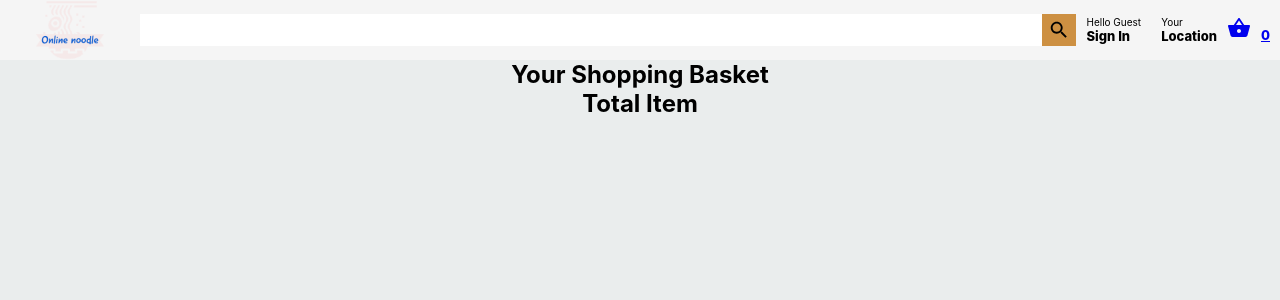
Repository: treenoise09/Noodleonline
Page: /checkout
These files come from the project's save history. The page is drawn as it stood at one moment and after the next save; the edit follows.
The browser window is 1280 px wide. The pictures show the whole page.
The project was rebuilt for these pictures with package versions that can differ from the ones it lists, and the page was loaded fresh each time. Also part of the build but not shown: src/Home.css, src/Noodle.css, src/Noodle.js, src/Home.js.

Above is the page before, as saved 2022-10-26 16:36:29.

After the next save:
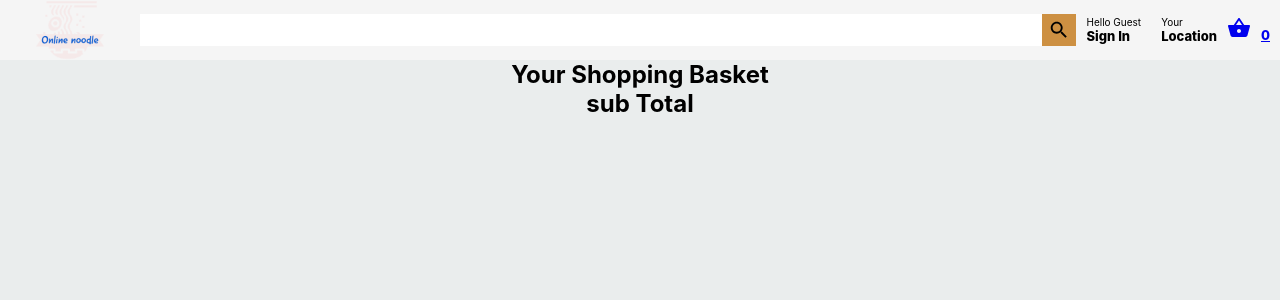
Saved 3 s later.
--- a/src/Cart.js
+++ b/src/Cart.js
@@ -12,7 +12,7 @@
         </div>
         <div className='cheackout_right'>
         <h2>
-                    Total Item
+                    sub Total
                 </h2>
         </div>
     </div>
